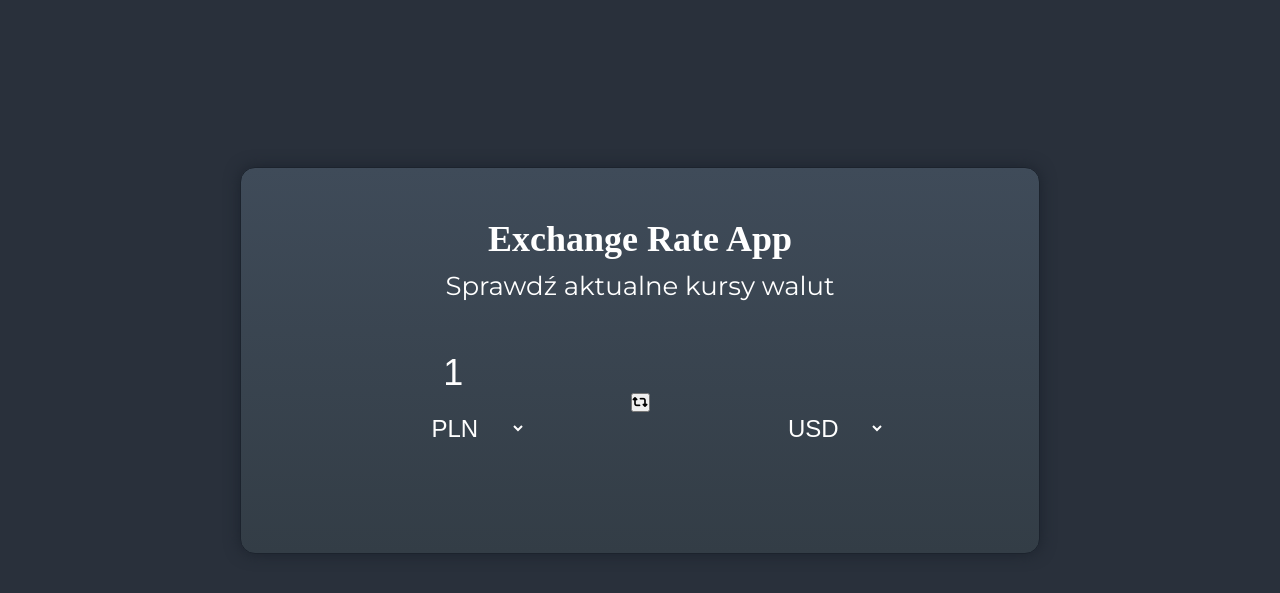
Repository: KrzysKolo/Projekt-6_Kantor
Page: index.html
The author's editor kept a copy of each file at every save. The page is drawn from the files as they stood at one save, then again after the next save.
The browser window is 1280 px wide. The pictures show the whole page.
Some web fonts or font styles are not loaded; a fallback is used. Some web libraries are served in a nearby version.

Above is the page before, as saved 2020-07-12 06:19:33.

After the next save:
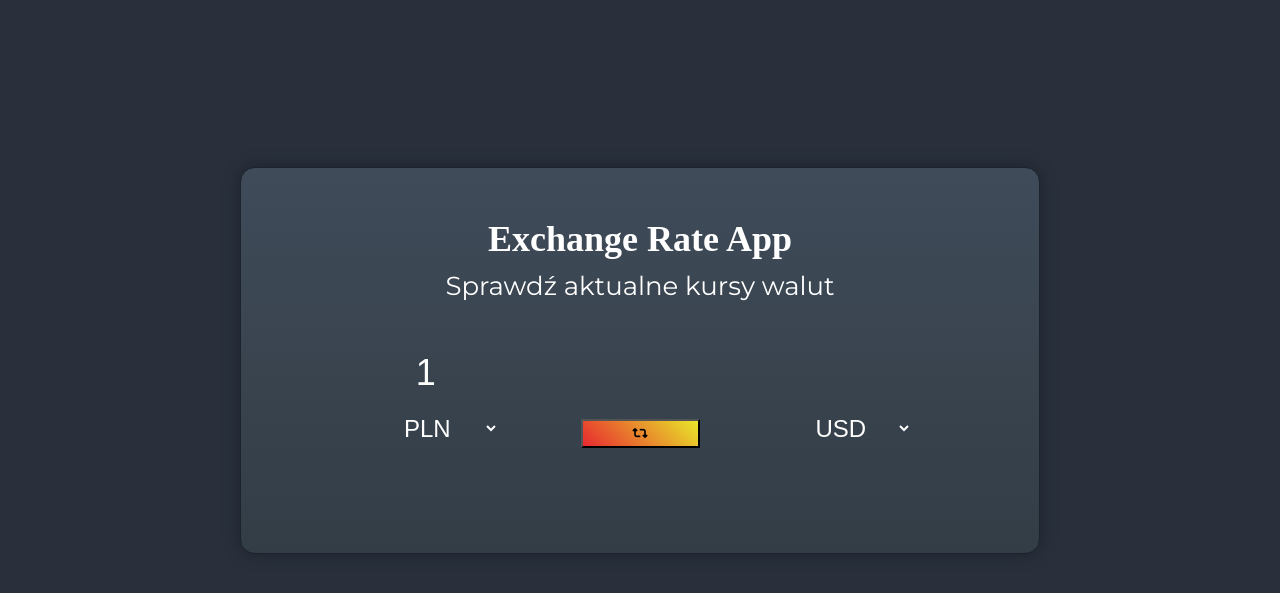
Saved 4 min 9 s later.
--- a/css/style.css
+++ b/css/style.css
@@ -68,3 +68,9 @@ body {
 .app-body option {
   color: #333;
 }
+.swap {
+  align-self: flex-end;
+  margin: 5px;
+  padding: 5px 50px;
+  background-image: linear-gradient(45deg, #e82930, #e8e829);
+}
